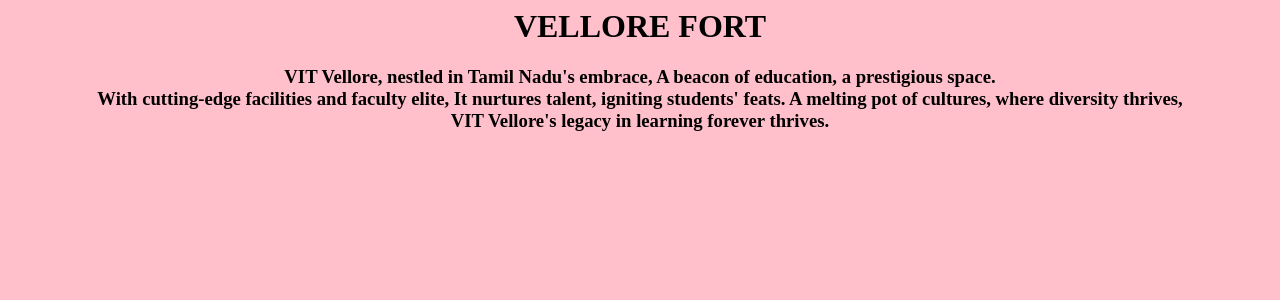
Repository: Oviya24032K6/NearMe
Page: ovi/surveyapp/static/FORTUNE PARK.html
These files come from the project's save history. The page is drawn as it stood at one moment and after the next save; the edit follows.
The browser window is 1280 px wide. The pictures show the whole page.

Above is the page before, as saved 2024-03-25 22:51:06.

### ovi/surveyapp/static/FORTUNE PARK.html
<html>
	<head>
		<title>
            VELLORE FORT
        </title>
	</head>
	<body bgcolor="pink">
		<h1 align="center" >VELLORE FORT</h1>
        <h3 align="center">VIT Vellore, nestled in Tamil Nadu's embrace,
            A beacon of education, a prestigious space.<br>
            With cutting-edge facilities and faculty elite,
            It nurtures talent, igniting students' feats.
            A melting pot of cultures, where diversity thrives,
            <br> VIT Vellore's legacy in learning forever thrives.
	</body>
</html>

After the next save:
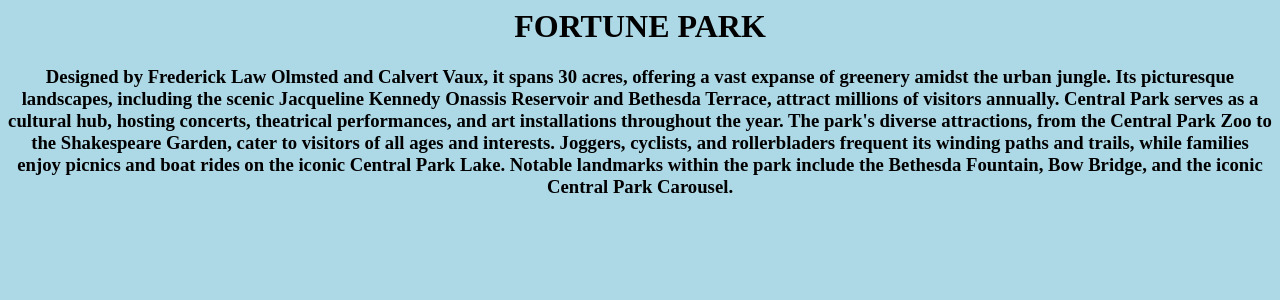
Saved 4 min 26 s later.
--- a/ovi/surveyapp/static/FORTUNE PARK.html
+++ b/ovi/surveyapp/static/FORTUNE PARK.html
@@ -1,16 +1,16 @@
 <html>
 	<head>
 		<title>
-            VELLORE FORT
+            FORTUNE PARK
         </title>
 	</head>
-	<body bgcolor="pink">
-		<h1 align="center" >VELLORE FORT</h1>
-        <h3 align="center">VIT Vellore, nestled in Tamil Nadu's embrace,
-            A beacon of education, a prestigious space.<br>
-            With cutting-edge facilities and faculty elite,
-            It nurtures talent, igniting students' feats.
-            A melting pot of cultures, where diversity thrives,
-            <br> VIT Vellore's legacy in learning forever thrives.
+	<body bgcolor="lightblue">
+		<h1 align="center" >FORTUNE PARK</h1>
+        <h3 align="center">Designed by Frederick Law Olmsted and Calvert Vaux, it spans 30 acres, offering a vast expanse of greenery amidst the urban jungle.
+            Its picturesque landscapes, including the scenic Jacqueline Kennedy Onassis Reservoir and Bethesda Terrace, attract millions of visitors annually.
+            Central Park serves as a cultural hub, hosting concerts, theatrical performances, and art installations throughout the year.
+            The park's diverse attractions, from the Central Park Zoo to the Shakespeare Garden, cater to visitors of all ages and interests.
+            Joggers, cyclists, and rollerbladers frequent its winding paths and trails, while families enjoy picnics and boat rides on the iconic Central Park Lake.
+            Notable landmarks within the park include the Bethesda Fountain, Bow Bridge, and the iconic Central Park Carousel.
 	</body>
 </html>
